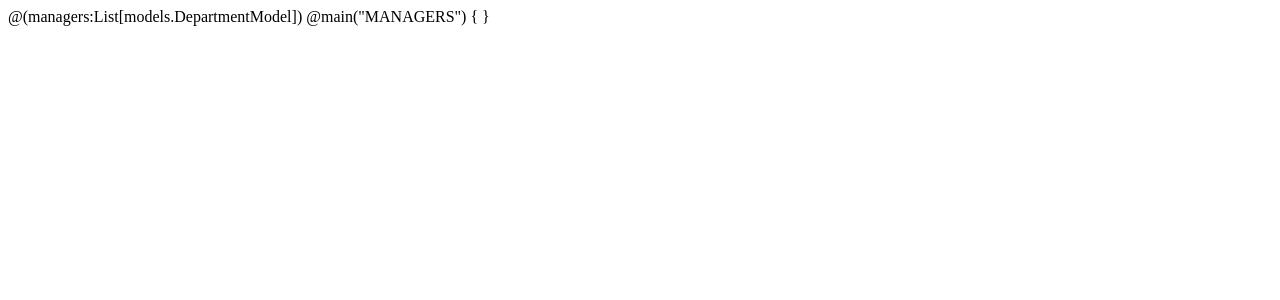
Repository: sumitkum200690/PLAY_SLICK
Page: Play_DB/app/views/managerPage.scala.html
These files come from the project's save history. The page is drawn as it stood at one moment and after the next save; the edit follows.
The browser window is 1280 px wide. The pictures show the whole page.

Above is the page before, as saved 2015-09-22 10:16:13.

After the next save:
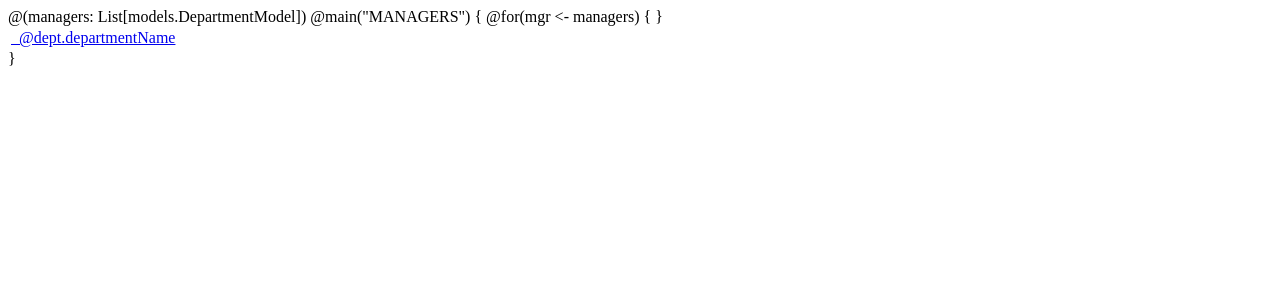
Saved 16 min 52 s later.
--- a/Play_DB/app/views/managerPage.scala.html
+++ b/Play_DB/app/views/managerPage.scala.html
@@ -1,9 +1,26 @@
-@(managers:List[models.DepartmentModel])
+@(managers: List[models.DepartmentModel])
 
 @main("MANAGERS") {
+
+<table>
+
+  @for(mgr <- managers) {
+
+
+    <tr><td><a href="/department/@dept.departmentName/@dept.id"> &nbsp;&nbsp;@dept.departmentName </a></td></tr>
 
 
 
 
 
+
+
+
+
+
+  }
+  </table>
+
+
+
 }
